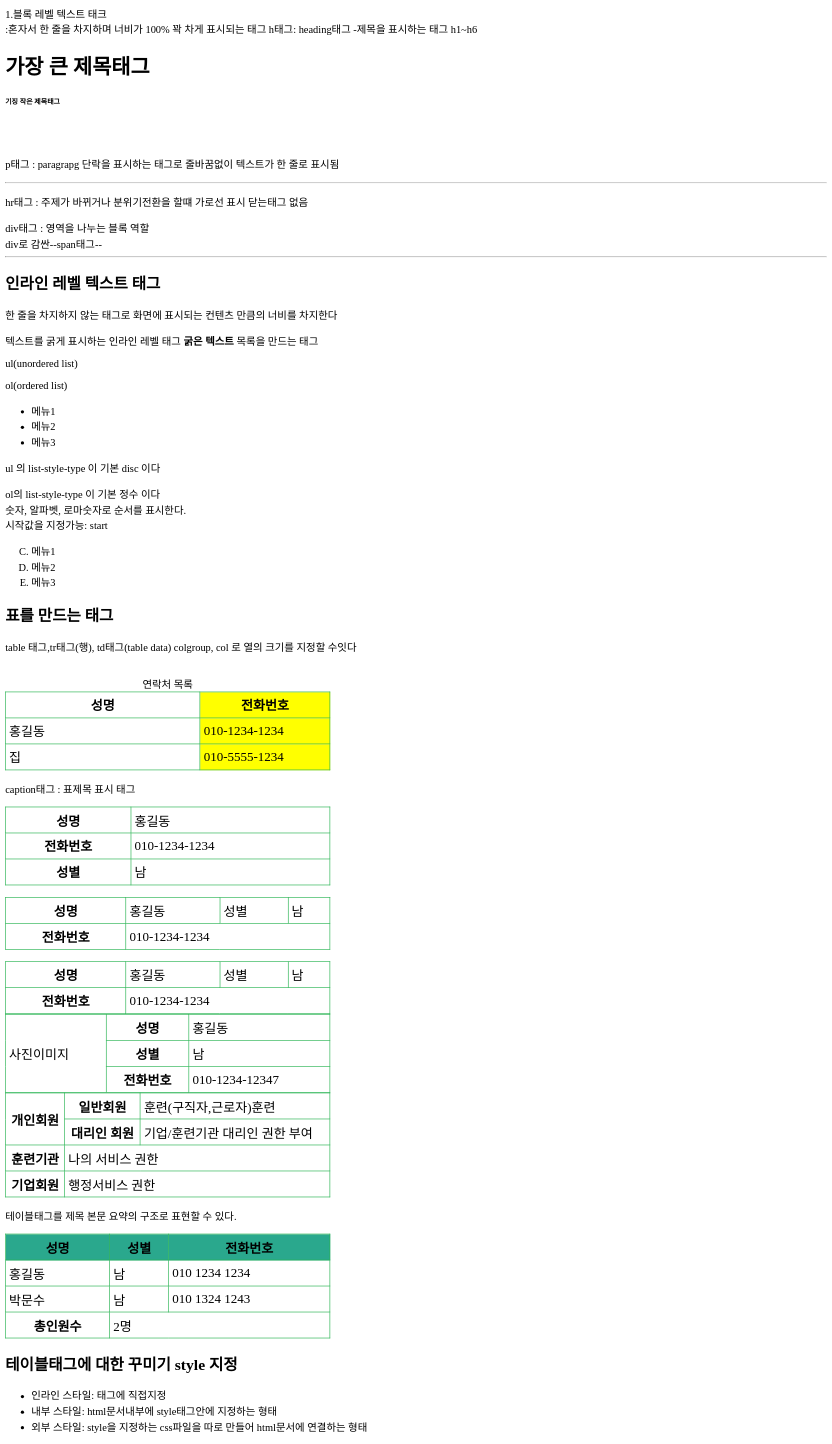
Repository: hana825/Web
Page: web/WebContent/index.html
An editor plug-in stored every save of this project. The page is shown before and after the next save, followed by the edit.
The browser window is 1280 px wide. The pictures show the whole page, at 65% of full size.

Above is the page before, as saved 2022-03-17 08:17:00.

After the next save:
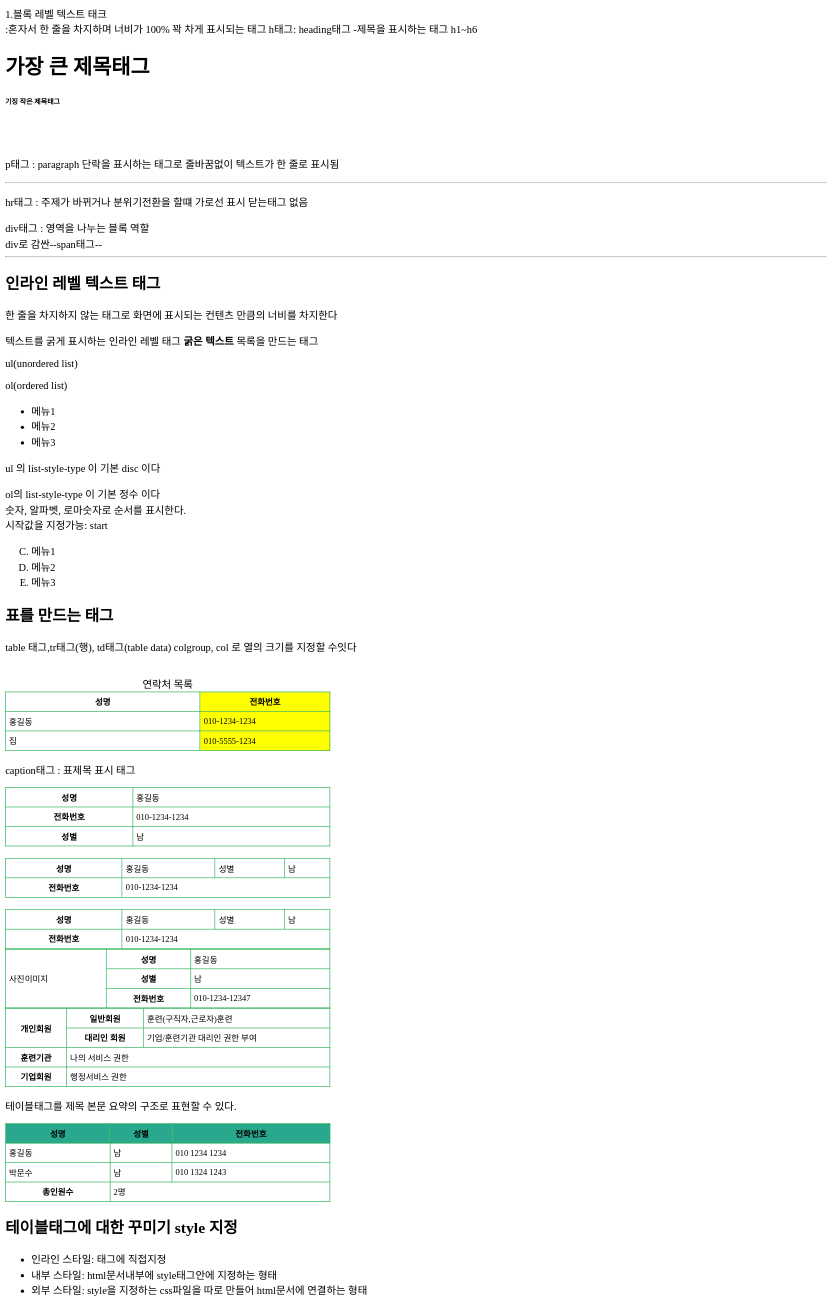
Saved 12 s later.
--- a/web/WebContent/index.html
+++ b/web/WebContent/index.html
@@ -15,7 +15,7 @@ thead {
 th, td {
 	border: 1px solid #29b352;
 	padding: 5px;
-	font-size : 20px;
+	font-size : 13px;
 }
 </style>
 </head>
@@ -29,7 +29,7 @@ h태그: heading태그 -제목을 표시하는 태그 h1~h6
 <h6>기징 작은 제목태그</h6>
 <br><br>
 <p>
-p태그 : paragrapg 단락을 표시하는 태그로
+p태그 : paragraph 단락을 표시하는 태그로
 줄바꿈없이 텍스트가 한 줄로 표시됨
 </p>
 <hr>
